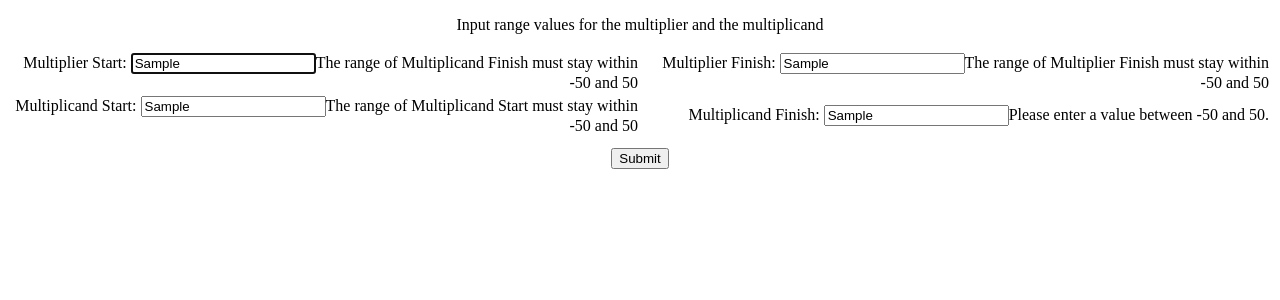
Repository: khrasna/HW4Part2
Page: index.html
The author's editor kept a copy of each file at every save. The page is drawn from the files as they stood at one save, then again after the next save.
The browser window is 1280 px wide. The pictures show the whole page.
Empty fields were first filled with sample values (such as "Sample", 5 or name@example.com).
After loading, the first visible `#FormInput > input` was clicked once.

Above is the page before, as saved 2021-11-08 17:10:09.

After the next save:
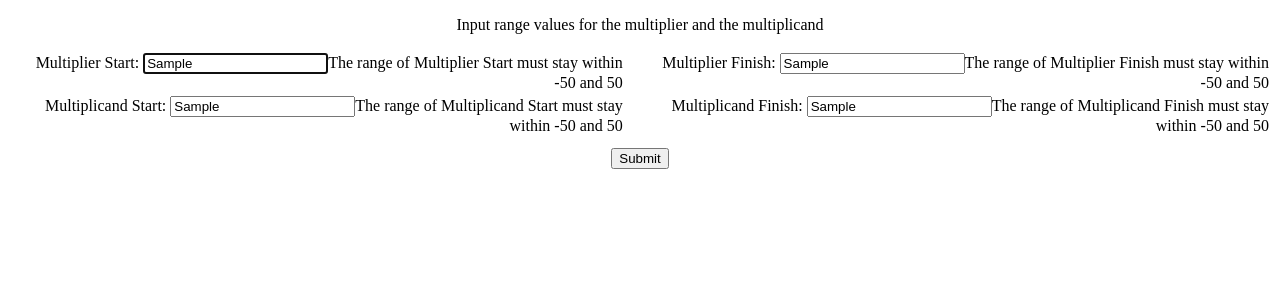
Saved 2 min 49 s later.
--- a/formvalidate.js
+++ b/formvalidate.js
@@ -41,7 +41,7 @@ $(function (){
                     range: "The range of Multiplicand Start must stay within -50 and 50"
                 },
 
-                MultiplierStart: {
+                MultiplicandFinish: {
                     digit: "Multiplicand Finish must be a digit",
                     required: "Multiplicand Finish must be a digit between -50 and 50",
                     range: "The range of Multiplicand Finish must stay within -50 and 50"
